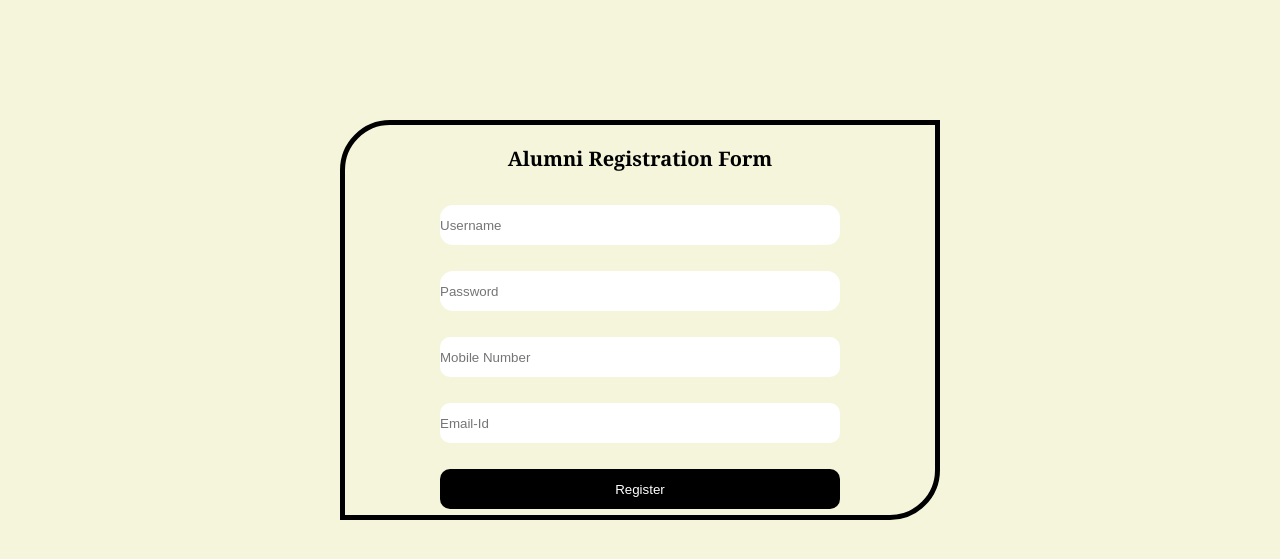
Repository: Shreyash1107/Web_Projects
Page: http://localhost/AlumnieventmanagementApplication/Register.jsp
These files come from the project's save history. The page is drawn as it stood at one moment and after the next save; the edit follows.
The browser window is 1280 px wide. The pictures show the whole page.
The page is served by Tomcat 9. Nobody is signed in. The application's start-up code is not run. Other server files are loaded and not shown.

Above is the page before, as saved 2024-07-21 07:16:54.

### AlumnieventmanagementApplication/src/main/webapp/Register.jsp
<%@ page language="java" contentType="text/html; charset=ISO-8859-1"
	pageEncoding="ISO-8859-1"%>
<!DOCTYPE html>
<html>
<head>
<meta charset="ISO-8859-1">
<title>Registration</title>
<link rel='stylesheet' href='CSS/register.css'/>
</head>
<body>
<form>
<center>
<div class='box'>
	<div class='container'>
		<h4>Alumni Registration Form</h4>
		<div class='wrapper'>
			<input type='text' name='Username' value='' placeholder='Username' />
		</div>
		<div class='content'>
			<input type='password' name='Password' value=''
				placeholder='Password' />
		</div>
		<div class='sub-content'>
			<input type='contact' name='Contact' value=''
				placeholder='Mobile Number'/>
		</div>
		<div class='menu'>
			<input type='email' name='Email-Id' value=''
					placeholder='Email-Id'/>
		</div>
		<div class='btn'>
			<input type='submit' name='reg' value='Register'/>
		</div>
	</div>
	</center>
	</div>
	</form>
</body>
</html>

### AlumnieventmanagementApplication/src/main/webapp/CSS/register.css
@charset "ISO-8859-1";
*
{
	padding: 0;
	margin:0;
	box-sizing: border-box;
}
body
{
	background-color: beige;
	font-size: 20px;
	font-family: Cambria, Cochin, Georgia, Times, 'Times New Roman', serif;
	overflow: hidden;
}
.container
{
	width: 600px;
	height: 400px;
	margin:120px auto;
	border: 5px solid black;
	border-top-left-radius: 50px;
	border-bottom-right-radius: 50px;
}
.container h4
{
	padding: 20px;
}
.wrapper,.content,.sub-content,.menu,.btn
{
	padding: 13px;
}
input[type='text']
{
	width: 400px;
	height:40px;
	border-radius: 13px;
	border:none;
}
input[type='password']
{
	width: 400px;
	height:40px;
	border-radius: 13px;
	border:none;
}
input[type='submit']
{
	width: 400px;
	height:40px;
	border-radius: 10px;
	border:none;
}
input[type='contact']
{
	width: 400px;
	height:40px;
	border-radius: 10px;
	border:none;
}
input[type='email']
{
	width: 400px;
	height:40px;
	border-radius: 10px;
	border:none;
}
input[type='submit']
{
	width: 400px;
	height:40px;
	border-radius: 10px;
	border:none;
	background-color: black;
	color: white;
}
input[type='submit']:hover
{
	cursor: pointer;
}

After the next save:
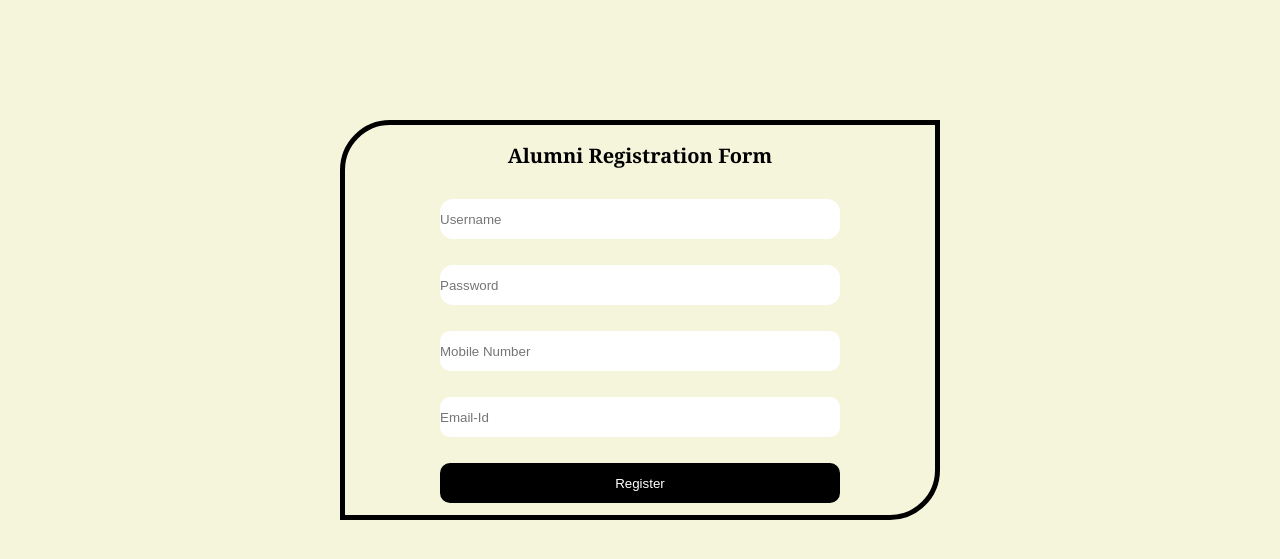
Saved 39 s later.
--- a/AlumnieventmanagementApplication/src/main/webapp/CSS/register.css
+++ b/AlumnieventmanagementApplication/src/main/webapp/CSS/register.css
@@ -23,7 +23,7 @@ body
 }
 .container h4
 {
-	padding: 20px;
+	padding: 17px;
 }
 .wrapper,.content,.sub-content,.menu,.btn
 {
